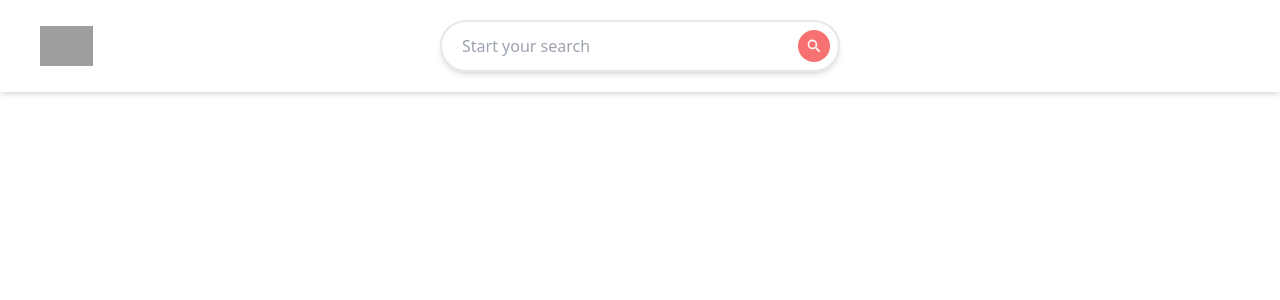
Repository: lakshithapramodya/airbnb
Page: /
An editor plug-in stored every save of this project. The page is shown before and after the next save, followed by the edit.
The browser window is 1280 px wide. The pictures show the whole page.
Pictures or frames that could not be fetched are drawn as grey boxes. The project was rebuilt for these pictures with package versions that can differ from the ones it lists, and the page was loaded fresh each time. The framework's server and built-in components were replaced by stand-ins that run in the browser. Also part of the build but not shown: next.config.js.

Above is the page before, as saved 2022-10-14 12:06:38.

### pages/_app.jsx
import "../styles/globals.css";
import { AppProps } from "next/app";

function MyApp({ Component, pageProps }) {
  return <Component {...pageProps} />;
}

export default MyApp;

### pages/index.js
import { NextPage } from "next";
import Head from "next/head";
import Image from "next/image";
import Header from "../components/Header";

const Home = () => {
  return (
    <div className="">
      <Head>
        <title>Create Next App</title>
        <link rel="icon" href="/favicon.ico" />
      </Head>

      <Header />

      {/* Banner` */}
    </div>
  );
};

export default Home;

### components/Header.js
import React from "react";
import Image from "next/image";
import { SearchIcon } from "@heroicons/react/solid";

function Header() {
  return (
    <div className="sticky top-0  z-50 grid grid-cols-3 bg-white shadow-md p-5 md:px-10">
      {/* Left */}
      <div className="relative flex item-center h-10 cursor-pointer my-auto">
        <Image
          src="https://1000logos.net/wp-content/uploads/2017/08/Airbnb-Logo.png"
          layout="fill"
          objectFit="contain"
          objectPosition="left"
        />
      </div>

      {/* Middle */}
      <div
        className="flex items-center md:border-2 rounded-full py-2
      md:shadow-md"
      >
        <input
          className="!outline-0 pl-5 bg-transparent flex-grow"
          type="text"
          placeholder="Start your search"
        />
        <SearchIcon
          className="hidden md:inline-flex h-8 bg-red-400
         text-white rounded-full p-2 cursor-pointer md:mx-2 "
        />
      </div>

      {/* Right */}
      <div></div>
    </div>
  );
}

export default Header;

Loaded but not shown: styles/globals.css (common file); tailwind.config.js (common file)

After the next save:
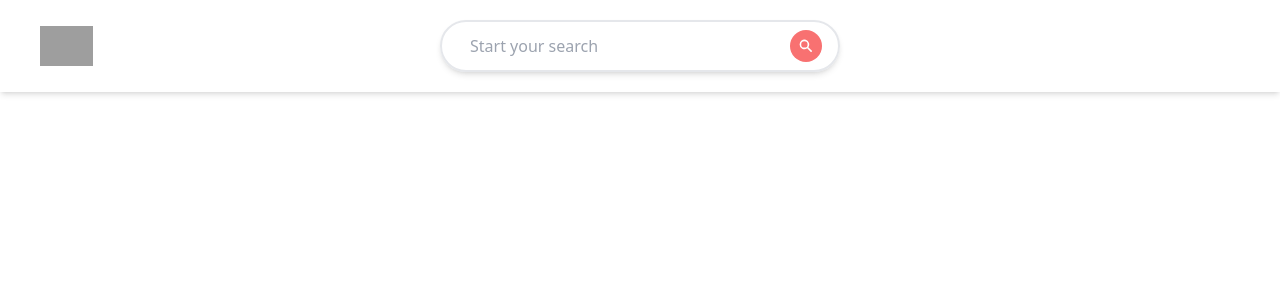
Saved 36 s later.
--- a/components/Header.js
+++ b/components/Header.js
@@ -17,7 +17,7 @@
 
       {/* Middle */}
       <div
-        className="flex items-center md:border-2 rounded-full py-2
+        className="flex items-center md:border-2 rounded-full p-2
       md:shadow-md"
       >
         <input

After the save that followed:
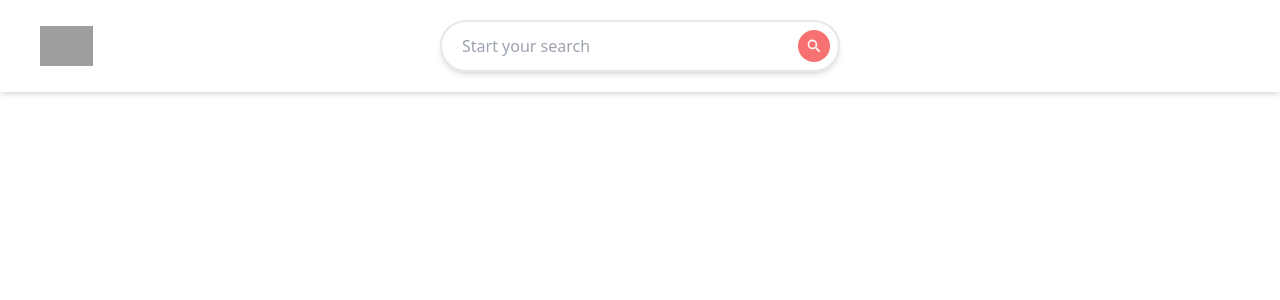
Saved 4 s later.
--- a/components/Header.js
+++ b/components/Header.js
@@ -17,7 +17,7 @@
 
       {/* Middle */}
       <div
-        className="flex items-center md:border-2 rounded-full p-2
+        className="flex items-center md:border-2 rounded-full py-2
       md:shadow-md"
       >
         <input
